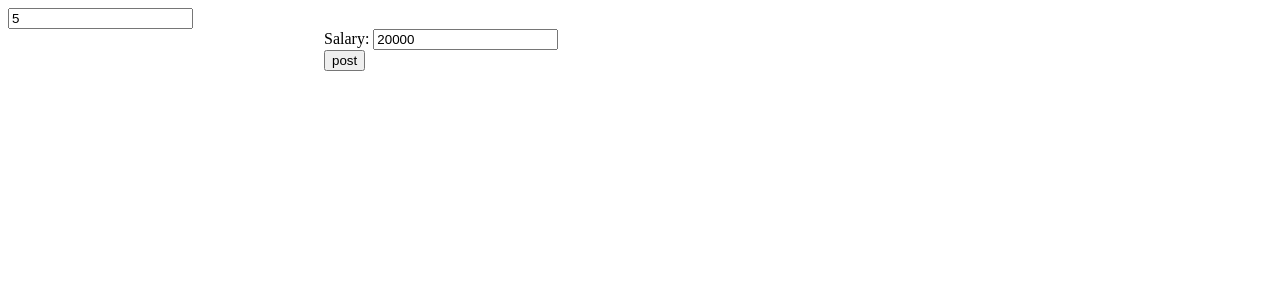
Repository: poobalan5397/corejava
Page: firstWebsite/src/main/webapp/CookiesDemo.html
These files come from the project's save history. The page is drawn as it stood at one moment and after the next save; the edit follows.
The browser window is 1280 px wide. The pictures show the whole page.

Above is the page before, as saved 2022-05-25 11:16:04.

### firstWebsite/src/main/webapp/CookiesDemo.html
<!DOCTYPE html>
<html>
<head>
<meta charset="ISO-8859-1">
<title>cookiesDemo</title>
</head>
<body>
	<div>
		<input type=text name='salary' id='commission' value="5" />
		<!--
this emement and its value is visible in the browser but will
not be transfer fto the server because it is not part of
(child element of) the <form>element
 -->
	</div>
	<form action="/firstWebsite/CookiesDemo?department=id&city=madurai"
		method="post">

		<div>
			<div>
			<div style="width: 50%; margin: 0 auto">
				<label for='salary'>Salary:</label> <input type=text name='salary'
					id='salary' value="20000">
				<!-- salary and submit -->
			</div>
			<div style="width: 50%; margin: 0 auto">
				<input type="hidden" value="50000" name="bonus" id="bonus">
				<!--  -->
			</div>
			<div style="width: 50%; margin: 0 auto">
				<input type="submit" value="post" name="submit">
			</div>

		</div>
	</form>
</body>
</html>

After the next save:
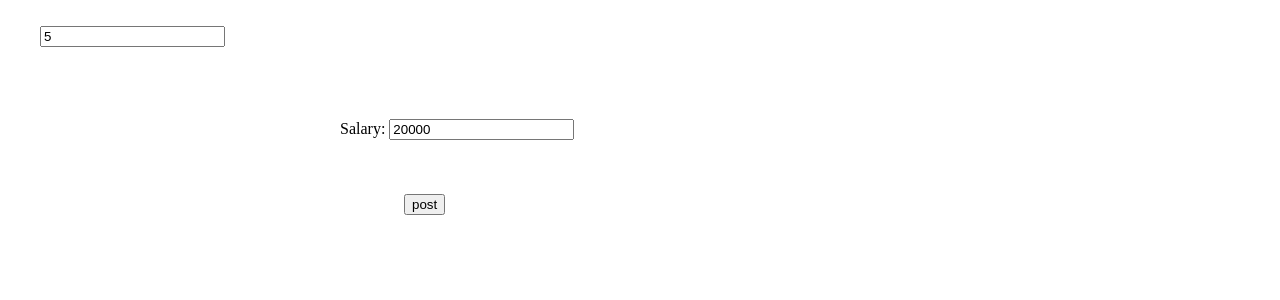
Saved 2 min 18 s later.
--- a/firstWebsite/src/main/webapp/CookiesDemo.html
+++ b/firstWebsite/src/main/webapp/CookiesDemo.html
@@ -2,36 +2,55 @@
 <html>
 <head>
 <meta charset="ISO-8859-1">
-<title>cookiesDemo</title>
+<title>CookiesDemo</title>
 </head>
 <body>
+
 	<div>
-		<input type=text name='salary' id='commission' value="5" />
+		        <input type="text" name='salary' id='commission' value="5">
+
 		<!--
-this emement and its value is visible in the browser but will
-not be transfer fto the server because it is not part of
-(child element of) the <form>element
- -->
+          This element and its value is visible in the browser but will not be transfer to the server
+          because it is not part of(child element of ) the <form> element
+        -->
+
 	</div>
+
+
+
 	<form action="/firstWebsite/CookiesDemo?department=id&city=madurai"
-		method="post">
+	method="post">
+
+
+		<!-- ?department=id&city=madurai is example of query string -->
 
 		<div>
+
 			<div>
-			<div style="width: 50%; margin: 0 auto">
-				<label for='salary'>Salary:</label> <input type=text name='salary'
-					id='salary' value="20000">
-				<!-- salary and submit -->
-			</div>
-			<div style="width: 50%; margin: 0 auto">
-				<input type="hidden" value="50000" name="bonus" id="bonus">
-				<!--  -->
-			</div>
-			<div style="width: 50%; margin: 0 auto">
-				<input type="submit" value="post" name="submit">
+
+				<div style="width: 50%; margin: 0 auto">
+					    <label for='salary'>Salary:</label> <input
+						type="text" name='salary' id='salary'
+						value="20000">
+					<!-- Salary and submit is visible salary -->
+
+				</div>
+
+				<div style="width: 50%; margin: 0 auto">
+					                    <input type="hidden" value="50000" name="bonus"
+						id="bonus">
+				</div>
+
+				<div style="width: 50%; margin: 0 auto">
+					                    <input type="submit" value="post" name="submit">
+
+				</div>
+
+
+
+
 			</div>
 
-		</div>
 	</form>
 </body>
 </html>
